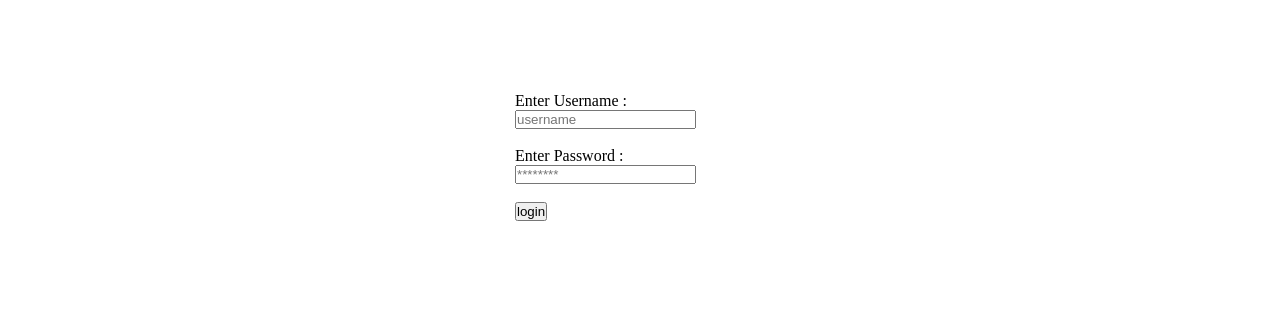
Repository: SriMerla/ServletsAndJsps
Page: http://localhost/WebApplicationProject/roles.jsp
An editor plug-in stored every save of this project. The page is shown before and after the next save, followed by the edit.
The browser window is 1280 px wide. The pictures show the whole page.
The page is served by Tomcat 9.

Above is the page before, as saved 2020-01-30 03:35:15.

After the next save:
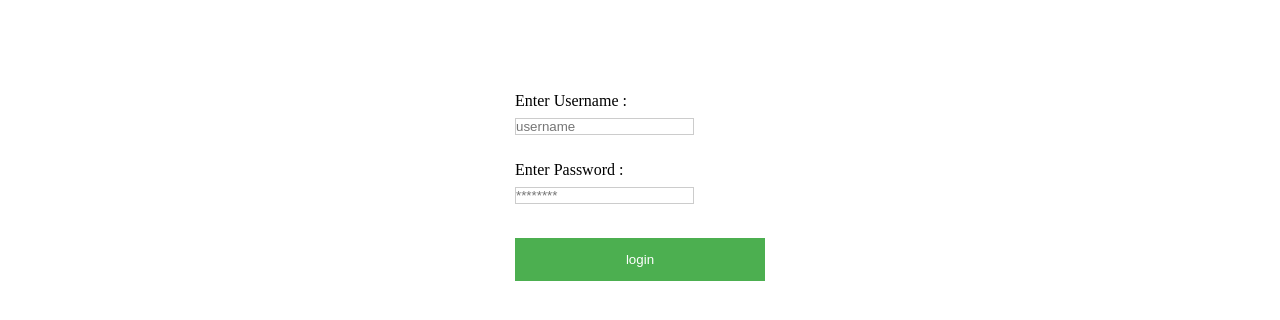
Saved 12 min 14 s later.
--- a/Servlets/WebApplicationProject/WebContent/global.css
+++ b/Servlets/WebApplicationProject/WebContent/global.css
@@ -17,3 +17,23 @@ body{
 	box-shadow: 0 0 10px 0 #0000;
 	margin: auto;
 }
+
+input[type=text], input[type=password]{
+	width: 100%
+	padding: v12px 20px;
+	margin: 8px 0px;
+	display: inline-block;
+	border: 1px solid #ccc;
+	box-sizing: border-box;
+}
+
+input[type=submit]{
+
+	background-color: #4CAF50;
+	color: white;
+	padding: 14px 20px;
+	margin: 8px 0;
+	border: none;
+	cursor: pointer;
+	width: 100%;
+}
